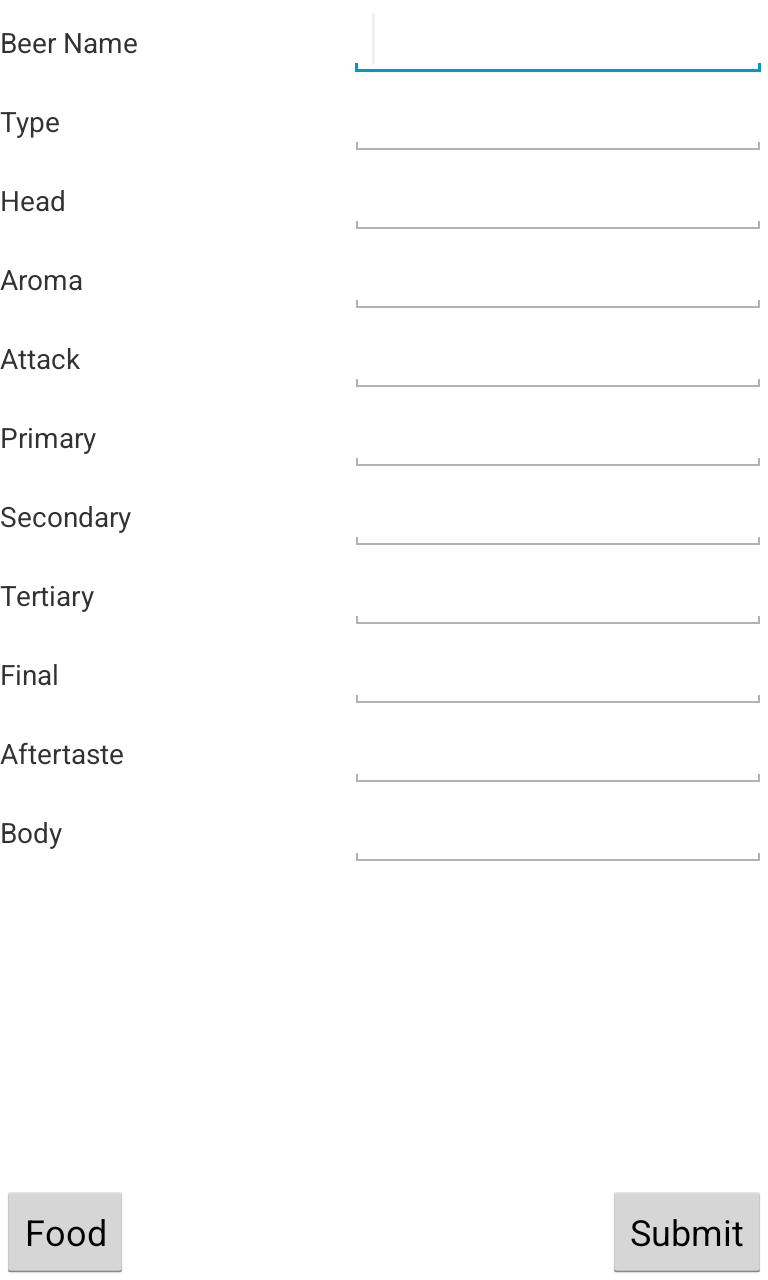
Repository: majorflight02/pairme
Layout: workspace/pairme/res/layout/fragment_beer_entry.xml
The author's editor kept a copy of each file at every save. The layout is drawn from the files as they stood at one save, then again after the next save.
It is drawn on a 768 x 1280 px phone screen (xhdpi) without system bars, with theme AppTheme; the app's code is not run.

Above is the layout before, as saved 2013-08-25 18:47:21.

### workspace/pairme/res/layout/fragment_beer_entry.xml
<?xml version="1.0" encoding="utf-8"?>
<RelativeLayout xmlns:android="http://schemas.android.com/apk/res/android"
    android:layout_width="match_parent"
    android:layout_height="match_parent" >

    <Button
        android:id="@+id/fragment_beer_entry_food_btn"
        android:layout_width="wrap_content"
        android:layout_height="wrap_content"
        android:layout_alignParentLeft="true"
        android:layout_alignParentBottom="true"
        android:text="Food" />

    <Button
        android:id="@+id/fragment_beer_entry_submit_btn"
        android:layout_width="wrap_content"
        android:layout_height="wrap_content"
        android:layout_alignParentRight="true"
        android:layout_alignParentBottom="true"
        android:text="Submit" />


	    <TextView
	        android:id="@+id/fragment_beer_entry_beername_textfield"
	        android:layout_width="wrap_content"
	        android:layout_height="wrap_content"
	        android:layout_alignParentTop="true"
	        android:layout_alignParentLeft="true"
	        android:layout_alignBaseline="@+id/fragment_beer_entry_beername_edittext"
	        android:text="Beer Name" />

	    <EditText
	        android:id="@+id/fragment_beer_entry_beername_edittext"
	        android:layout_width="wrap_content"
	        android:layout_height="wrap_content"
	        android:layout_alignParentTop="true"
	        android:layout_alignParentRight="true"
	        android:ems="10" >

	        <requestFocus />
	    </EditText>

	    <TextView
	        android:id="@+id/fragment_beer_entry_type_textfield"
	        android:layout_width="wrap_content"
	        android:layout_height="wrap_content"
	        android:layout_below="@+id/fragment_beer_entry_beername_textfield"
	        android:layout_alignBaseline="@+id/fragment_beer_entry_type_edittext"
	        android:text="Type" />

	    <EditText
	        android:id="@+id/fragment_beer_entry_type_edittext"
	        android:layout_width="wrap_content"
	        android:layout_height="wrap_content"
	        android:layout_below="@+id/fragment_beer_entry_beername_edittext"
	        android:layout_alignRight="@+id/fragment_beer_entry_beername_edittext"
	        android:ems="10" >

	    </EditText>

	    <TextView
	        android:id="@+id/fragment_beer_entry_head_textfield"
	        android:layout_width="wrap_content"
	        android:layout_height="wrap_content"
	        android:layout_below="@+id/fragment_beer_entry_type_textfield"
	        android:layout_alignBaseline="@+id/fragment_beer_entry_head_edittext"
	        android:text="Head" />

	    <EditText
	        android:id="@+id/fragment_beer_entry_head_edittext"
	        android:layout_width="wrap_content"
	        android:layout_height="wrap_content"
	        android:layout_below="@+id/fragment_beer_entry_type_edittext"
	        android:layout_alignRight="@+id/fragment_beer_entry_type_edittext"
	        android:ems="10" >

	    </EditText>

	    <TextView
	        android:id="@+id/fragment_beer_entry_aroma_textfield"
	        android:layout_width="wrap_content"
	        android:layout_height="wrap_content"
	        android:layout_below="@+id/fragment_beer_entry_head_textfield"
	        android:layout_alignBaseline="@+id/fragment_beer_entry_aroma_edittext"
	        android:text="Aroma" />

	    <EditText
	        android:id="@+id/fragment_beer_entry_aroma_edittext"
	        android:layout_width="wrap_content"
	        android:layout_height="wrap_content"
	        android:layout_below="@+id/fragment_beer_entry_head_edittext"
	        android:layout_alignRight="@+id/fragment_beer_entry_head_edittext"
	        android:ems="10" >

	    </EditText>

	    <TextView
	        android:id="@+id/fragment_beer_entry_attack_textfield"
	        android:layout_width="wrap_content"
	        android:layout_height="wrap_content"
	        android:layout_below="@+id/fragment_beer_entry_aroma_textfield"
	        android:layout_alignBaseline="@+id/fragment_beer_entry_attack_edittext"
	        android:text="Attack" />

	    <EditText
	        android:id="@+id/fragment_beer_entry_attack_edittext"
	        android:layout_width="wrap_content"
	        android:layout_height="wrap_content"
	        android:layout_below="@+id/fragment_beer_entry_aroma_edittext"
	        android:layout_alignRight="@+id/fragment_beer_entry_aroma_edittext"
	        android:ems="10" >

	    </EditText>

	    <TextView
	        android:id="@+id/fragment_beer_entry_primary_textfield"
	        android:layout_width="wrap_content"
	        android:layout_height="wrap_content"
	        android:layout_below="@+id/fragment_beer_entry_attack_textfield"
	        android:layout_alignBaseline="@+id/fragment_beer_entry_primary_edittext"
	        android:text="Primary" />

	    <EditText
	        android:id="@+id/fragment_beer_entry_primary_edittext"
	        android:layout_width="wrap_content"
	        android:layout_height="wrap_content"
	        android:layout_below="@+id/fragment_beer_entry_attack_edittext"
	        android:layout_alignRight="@+id/fragment_beer_entry_attack_edittext"
	        android:ems="10" >

	    </EditText>

	    <TextView
	        android:id="@+id/fragment_beer_entry_secondary_textfield"
	        android:layout_width="wrap_content"
	        android:layout_height="wrap_content"
	        android:layout_below="@+id/fragment_beer_entry_primary_textfield"
	        android:layout_alignBaseline="@+id/fragment_beer_entry_secondary_edittext"
	        android:text="Secondary" />

	    <EditText
	        android:id="@+id/fragment_beer_entry_secondary_edittext"
	        android:layout_width="wrap_content"
	        android:layout_height="wrap_content"
	        android:layout_below="@+id/fragment_beer_entry_primary_edittext"
	        android:layout_alignRight="@+id/fragment_beer_entry_attack_edittext"
	        android:ems="10" >

	    </EditText>

	    <TextView
	        android:id="@+id/fragment_beer_entry_tertiary_textfield"
	        android:layout_width="wrap_content"
	        android:layout_height="wrap_content"
	        android:layout_below="@+id/fragment_beer_entry_secondary_textfield"
	        android:layout_alignBaseline="@+id/fragment_beer_entry_tertiary_edittext"
	        android:text="Tertiary" />

	    <EditText
	        android:id="@+id/fragment_beer_entry_tertiary_edittext"
	        android:layout_width="wrap_content"
	        android:layout_height="wrap_content"
	        android:layout_below="@+id/fragment_beer_entry_secondary_edittext"
	        android:layout_alignRight="@+id/fragment_beer_entry_secondary_edittext"
	        android:ems="10" >

	    </EditText>

	    <TextView
	        android:id="@+id/fragment_beer_entry_final_textfield"
	        android:layout_width="wrap_content"
	        android:layout_height="wrap_content"
	        android:layout_below="@+id/fragment_beer_entry_tertiary_textfield"
	        android:layout_alignBaseline="@+id/fragment_beer_entry_final_edittext"
	        android:text="Final" />

	    <EditText
	        android:id="@+id/fragment_beer_entry_final_edittext"
	        android:layout_width="wrap_content"
	        android:layout_height="wrap_content"
	        android:layout_below="@+id/fragment_beer_entry_tertiary_edittext"
	        android:layout_alignRight="@+id/fragment_beer_entry_tertiary_edittext"
	        android:ems="10" >

	    </EditText>

	    <TextView
	        android:id="@+id/fragment_beer_entry_aftertaste_textfield"
	        android:layout_width="wrap_content"
	        android:layout_height="wrap_content"
	        android:layout_below="@+id/fragment_beer_entry_final_textfield"
	        android:layout_alignBaseline="@+id/fragment_beer_entry_aftertaste_edittext"
	        android:text="Aftertaste" />

	    <EditText
	        android:id="@+id/fragment_beer_entry_aftertaste_edittext"
	        android:layout_width="wrap_content"
	        android:layout_height="wrap_content"
	        android:layout_below="@+id/fragment_beer_entry_final_edittext"
	        android:layout_alignRight="@+id/fragment_beer_entry_final_edittext"
	        android:ems="10" >

	    </EditText>

	    <TextView
	        android:id="@+id/fragment_beer_entry_body_textfield"
	        android:layout_width="wrap_content"
	        android:layout_height="wrap_content"
	        android:layout_below="@+id/fragment_beer_entry_aftertaste_textfield"
	        android:layout_alignBaseline="@+id/fragment_beer_entry_body_edittext"
	        android:text="Body" />

	    <EditText
	        android:id="@+id/fragment_beer_entry_body_edittext"
	        android:layout_width="wrap_content"
	        android:layout_height="wrap_content"
	        android:layout_below="@+id/fragment_beer_entry_aftertaste_edittext"
	        android:layout_alignRight="@+id/fragment_beer_entry_aftertaste_edittext"
	        android:ems="10" >

	    </EditText>

</RelativeLayout>

Loaded but not shown: workspace/pairme/res/values/styles.xml (common file); workspace/pairme/res/values-v11/styles.xml (common file); workspace/pairme/res/values-v14/styles.xml (common file)

After the next save:
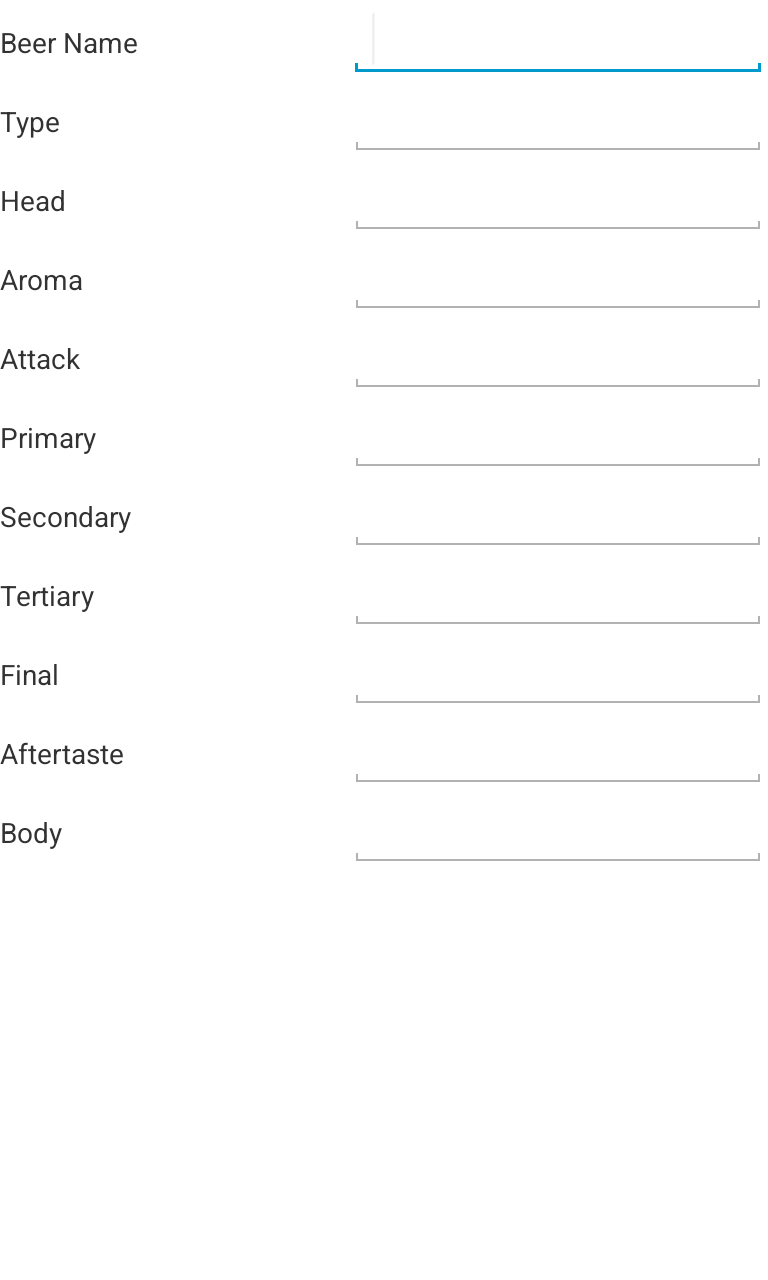
Saved 43 s later.
--- a/workspace/pairme/res/layout/fragment_beer_entry.xml
+++ b/workspace/pairme/res/layout/fragment_beer_entry.xml
@@ -3,23 +3,6 @@
     android:layout_width="match_parent"
     android:layout_height="match_parent" >
 
-    <Button
-        android:id="@+id/fragment_beer_entry_food_btn"
-        android:layout_width="wrap_content"
-        android:layout_height="wrap_content"
-        android:layout_alignParentLeft="true"
-        android:layout_alignParentBottom="true"
-        android:text="Food" />
-
-    <Button
-        android:id="@+id/fragment_beer_entry_submit_btn"
-        android:layout_width="wrap_content"
-        android:layout_height="wrap_content"
-        android:layout_alignParentRight="true"
-        android:layout_alignParentBottom="true"
-        android:text="Submit" />
-
-
 	    <TextView
 	        android:id="@+id/fragment_beer_entry_beername_textfield"
 	        android:layout_width="wrap_content"

After the save that followed:
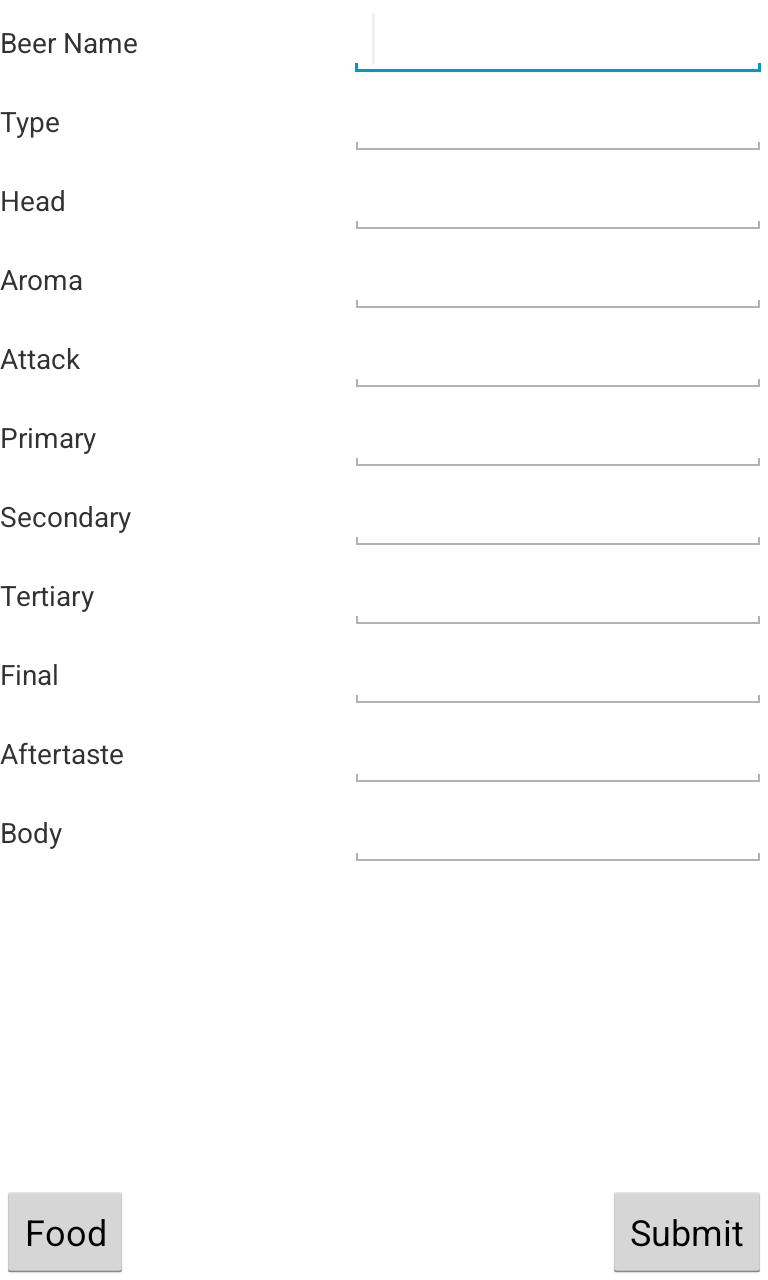
Saved 60 s later.
--- a/workspace/pairme/res/layout/fragment_beer_entry.xml
+++ b/workspace/pairme/res/layout/fragment_beer_entry.xml
@@ -3,6 +3,23 @@
     android:layout_width="match_parent"
     android:layout_height="match_parent" >
 
+    <Button
+        android:id="@+id/fragment_beer_entry_food_btn"
+        android:layout_width="wrap_content"
+        android:layout_height="wrap_content"
+        android:layout_alignParentLeft="true"
+        android:layout_alignParentBottom="true"
+        android:text="Food" />
+
+    <Button
+        android:id="@+id/fragment_beer_entry_submit_btn"
+        android:layout_width="wrap_content"
+        android:layout_height="wrap_content"
+        android:layout_alignParentRight="true"
+        android:layout_alignParentBottom="true"
+        android:text="Submit" />
+
+
 	    <TextView
 	        android:id="@+id/fragment_beer_entry_beername_textfield"
 	        android:layout_width="wrap_content"
